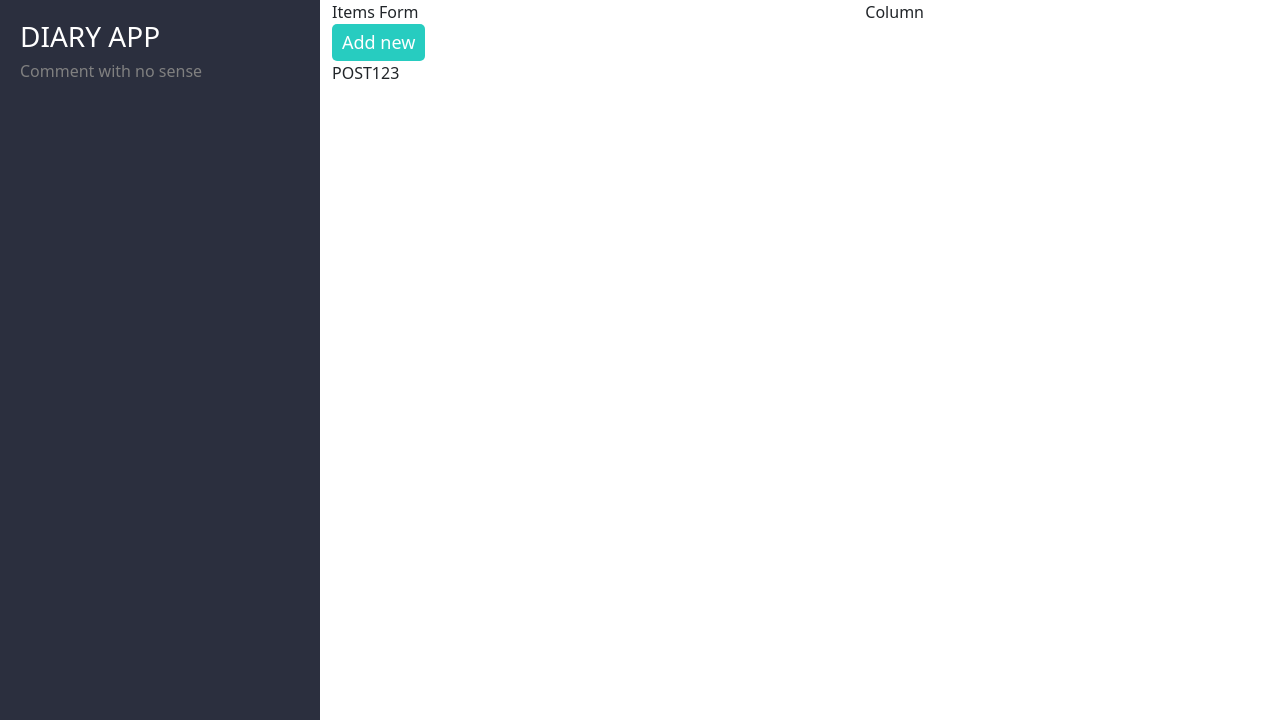
Repository: tsydikov/diary
Page: /
An editor plug-in stored every save of this project. The page is shown before and after the next save, followed by the edit.
The browser window is 1280 px wide. The pictures show the whole page.
The project was rebuilt for these pictures with package versions that can differ from the ones it lists, and the page was loaded fresh each time.

Above is the page before, as saved 2021-09-10 19:28:03.

After the next save:
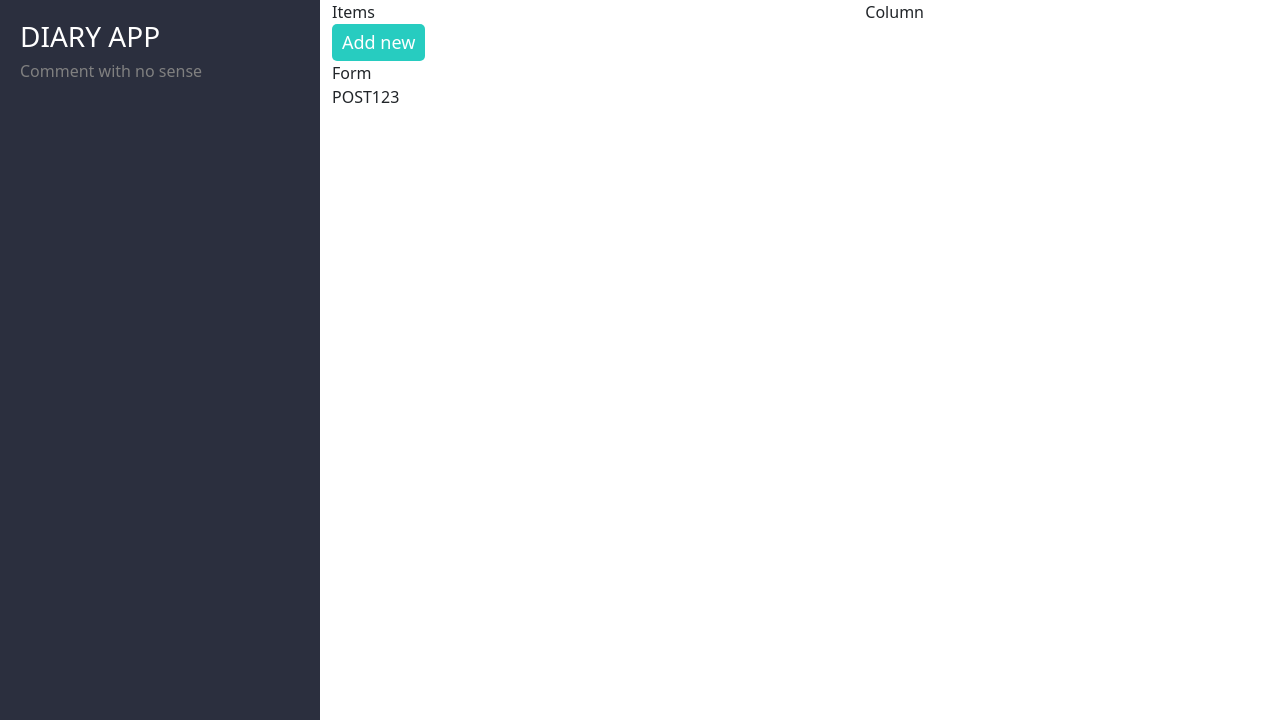
Saved 11 s later.
--- a/src/App.js
+++ b/src/App.js
@@ -11,7 +11,7 @@ function App() {
     </div>
         <div class="col-5">
           Items
-          Form<Button>Add new</Button>
+          <div><Button>Add new</Button></div>Form
           <div>
             <div>
               POST<span>123</span>
